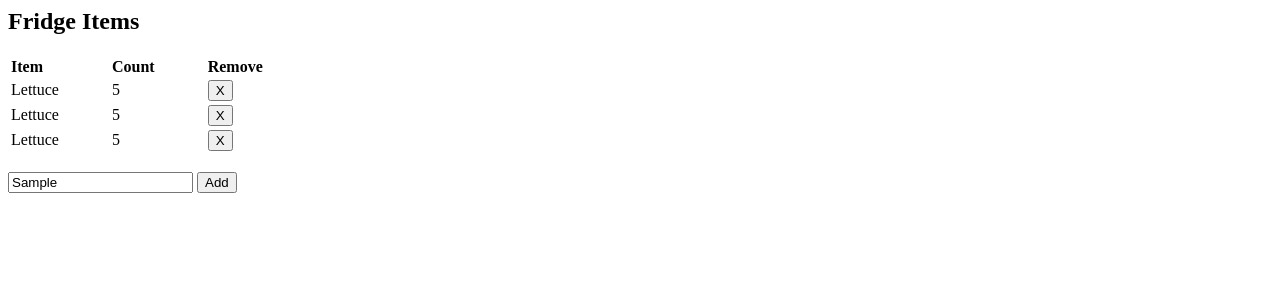
Repository: Shams97/coding_challenge
Page: problem3-solution-shams-naji.html
These files come from the project's save history. The page is drawn as it stood at one moment and after the next save; the edit follows.
The browser window is 1280 px wide. The pictures show the whole page.
Empty fields were first filled with sample values (such as "Sample", 5 or name@example.com).
After loading, the first visible `button` was clicked once.

Above is the page before, as saved 2021-10-27 21:29:26.

After the next save:
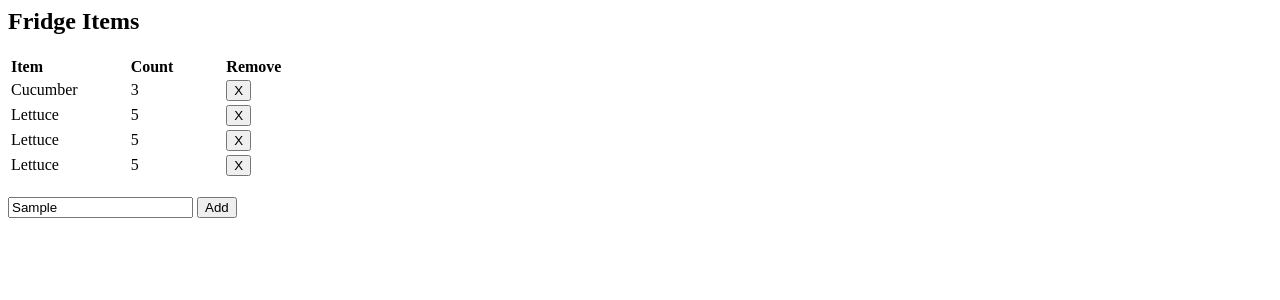
Saved 37 s later.
--- a/problem3-solution-shams-naji.html
+++ b/problem3-solution-shams-naji.html
@@ -59,7 +59,9 @@
         let table_ = document.getElementById("table_body");
         for (let i in table_.rows) {
            let row = table_.rows[i]
-            return row.style.display= "none";
+            // return row.style.display= "none";
+            return console.log("row", table_.rows[i]);
+
            for (let index in row.cells) {
            //iterate through cells
              let cell = row.cells[index];

After the 3 saves that followed:
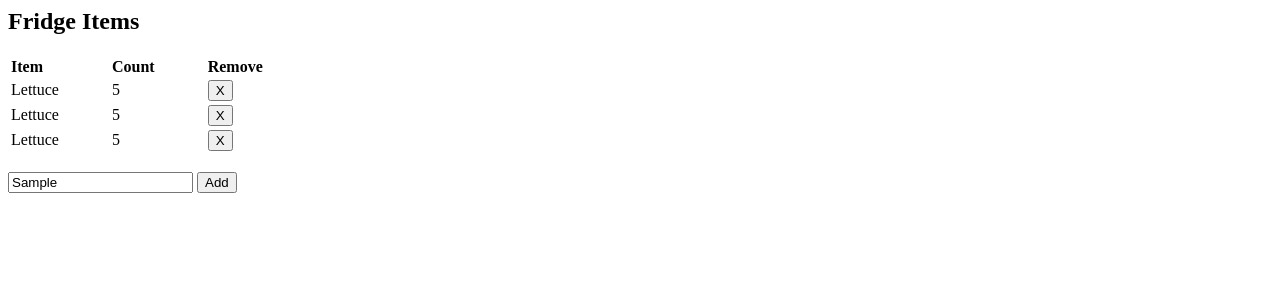
The 3 saves are shown as one change because 2 left the picture as it was.
The last was saved 2 min 9 s later.
--- a/problem3-solution-shams-naji.html
+++ b/problem3-solution-shams-naji.html
@@ -59,15 +59,8 @@
         let table_ = document.getElementById("table_body");
         for (let i in table_.rows) {
            let row = table_.rows[i]
-            // return row.style.display= "none";
-            return console.log("row", table_.rows[i]);
-
-           for (let index in row.cells) {
-           //iterate through cells
-             let cell = row.cells[index];
-         return console.log("cell", cell)
-      }
-    }
+            return row.style.display= "none";
+       }
     }
   </script>
   <style>
